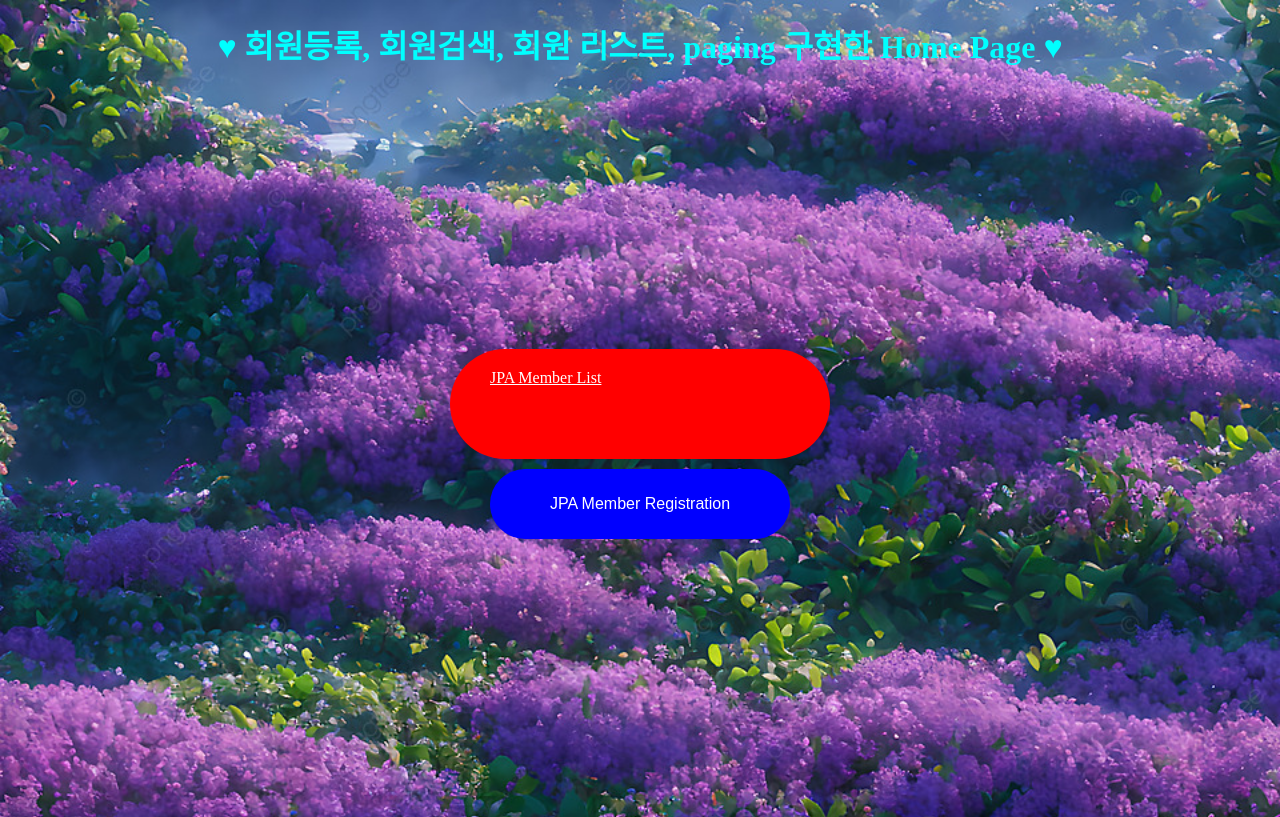
Repository: leejinwon-bite/Gseek-jpa-education
Page: http://localhost/thymeleaf/index
The author's editor kept a copy of each file at every save. The page is drawn from the files as they stood at one save, then again after the next save.
The browser window is 1280 px wide. The pictures show the whole page.
The page is this project's Thymeleaf template; nobody is signed in. The template is opened directly, without the code that normally fills it, so the values that code supplies are empty.

Above is the page before, as saved 2025-02-17 23:19:36.

### jpamember/src/main/resources/templates/thymeleaf/index.html
<!DOCTYPE html>
<html>
<head>
<meta charset="UTF-8">
<title>Insert title here</title>

<style>

 body {
	background: url("./images/purple-flowers.jpg");
	background-size: cover;



 }

 div {
 	display: flex;
 	flex-direction: column;
	justify-content: center;
 	align-items: center;
 	min-height:100vh;
 }


  div > button,a {
    width: 300px;
    height: 70px;
    background: red;
    color: white;
    border: none;
    padding: 20px 40px;
    border-radius: 100px;
    font-size: 1em;
    cursor: pointer;
    margin-bottom: 10px;

  }

  div > button:nth-child(2) {
    background: blue;
  }

  h1{
  	text-align: center;
  	color: aqua;
  }
</style>

</head>
<body>

  <h1> ♥ 회원등록, 회원검색, 회원 리스트, paging 구현한 Home Page ♥ </h1>


  <div>
    <!-- <button th:onclick="'location.href=\'' + @{jpa/memberList(page=0, size=#{paging.size} )} + '\';'"> -->

    <a th:href="@{jpa/memberList(page=0, size=20)}">
    JPA Member List</a>
    <button onClick="location.href='/jpa/memberWriteForm';">JPA Member Registration</button>
  </div>
</body>
</html>

### jpamember/src/main/resources/messages.properties
# count of record per 1 page.
paging.size = 3

After the next save:
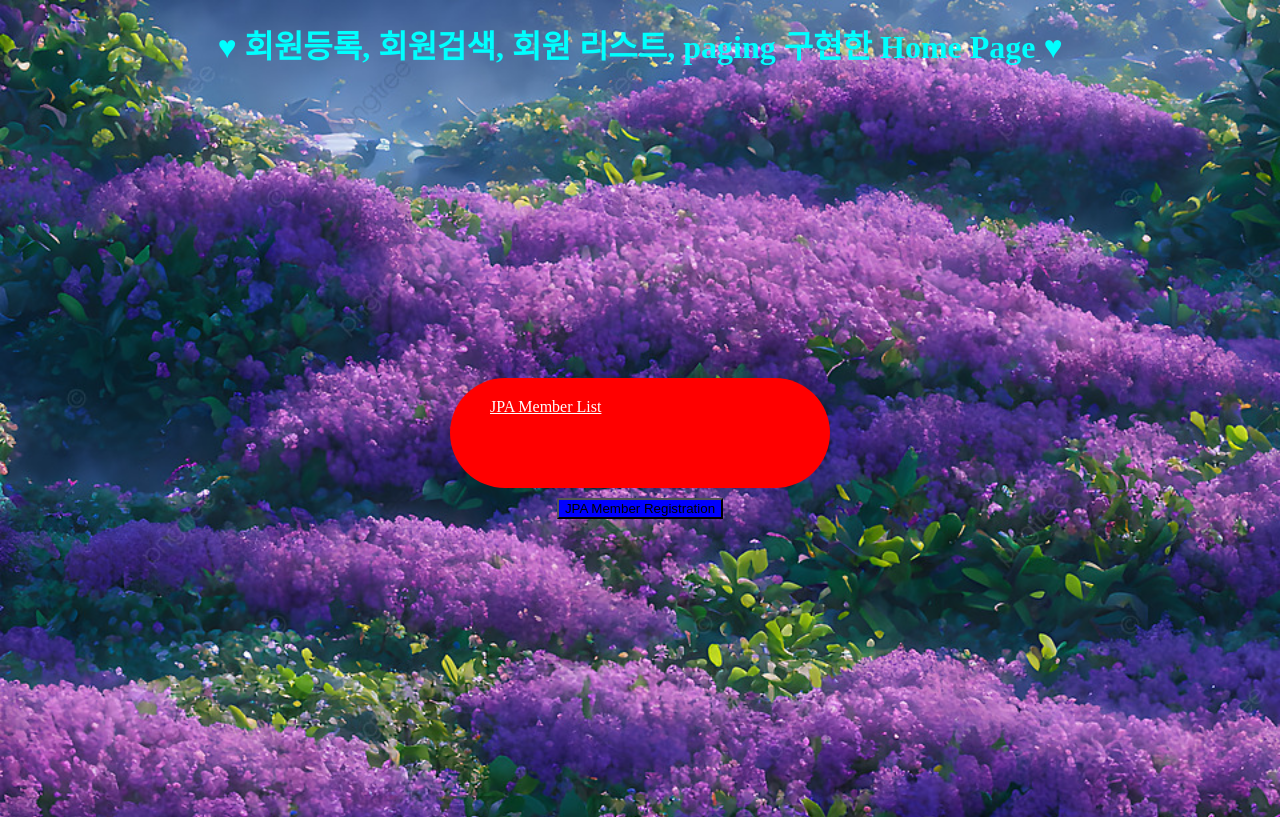
Saved 48 s later.
--- a/jpamember/src/main/resources/templates/thymeleaf/index.html
+++ b/jpamember/src/main/resources/templates/thymeleaf/index.html
@@ -23,7 +23,7 @@
  }
 
 
-  div > button,a {
+  div > a {
     width: 300px;
     height: 70px;
     background: red;
